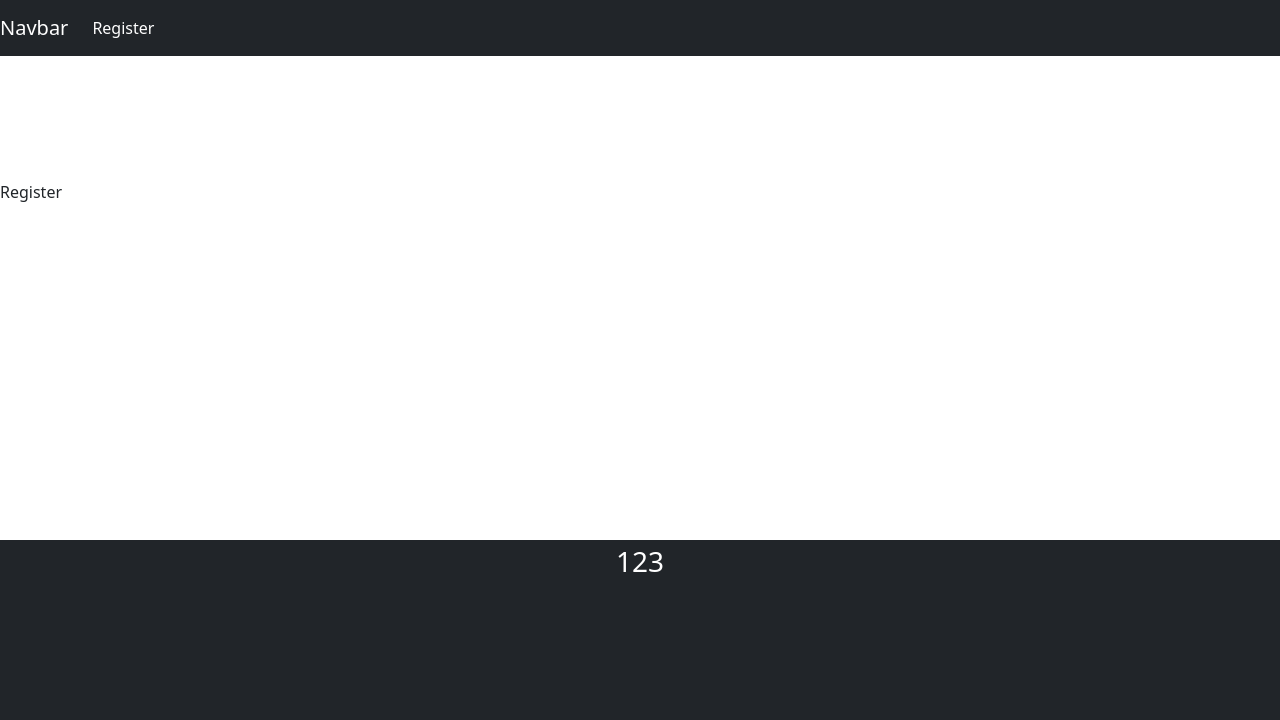
Repository: KhoiNguyen77/react-capstone
Page: /register
The author's editor kept a copy of each file at every save. The page is drawn from the files as they stood at one save, then again after a run of saves.
The browser window is 1280 px wide. The pictures show the whole page.
The project was rebuilt for these pictures with package versions that can differ from the ones it lists, and the page was loaded fresh each time.

Above is the page before, as saved 2023-06-15 11:47:33.

After the next 3 saves:
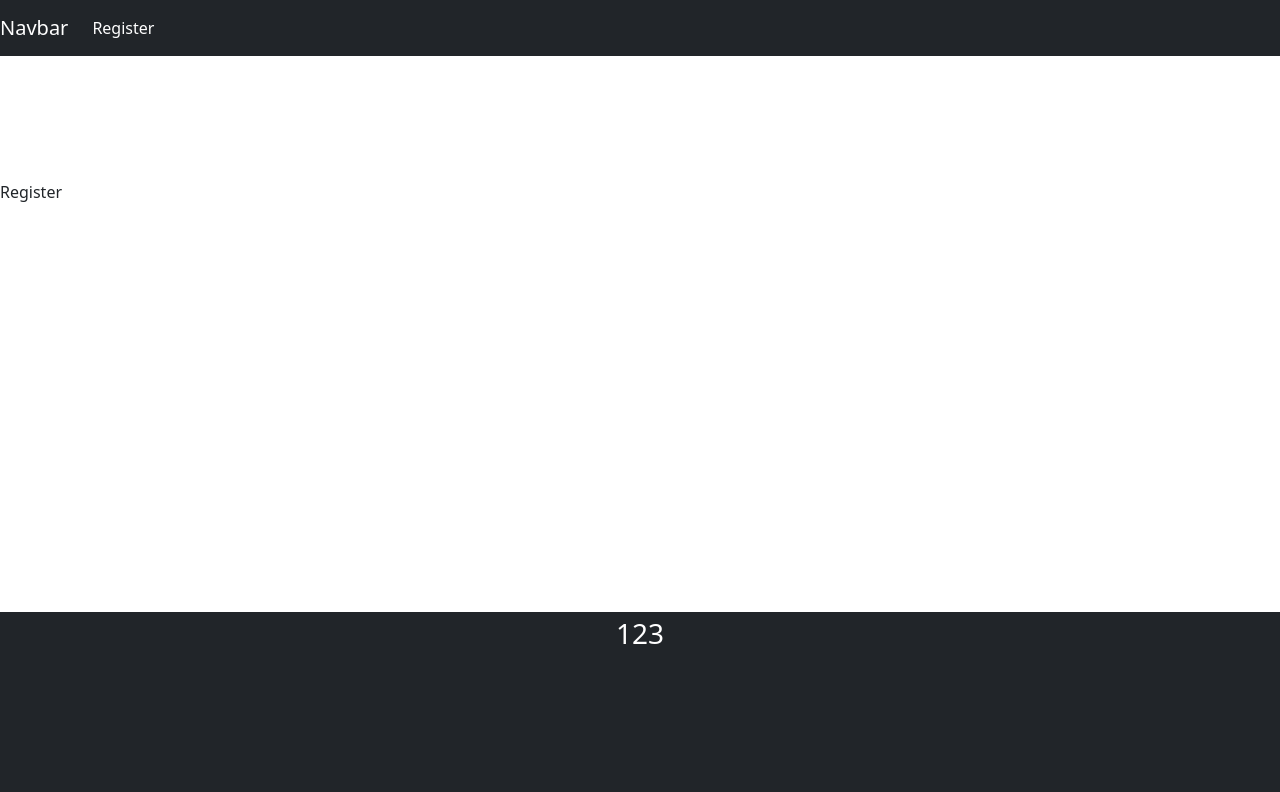
The 3 saves are shown as one change because they came seconds apart.
The last was saved 10 s later.
--- a/src/Template/HomeTemplate.jsx
+++ b/src/Template/HomeTemplate.jsx
@@ -13,7 +13,7 @@
         <div className='header' style={{height: '25vh'}}>
             <Header></Header>
         </div>
-        <div className="content" style={{height: '50vh'}}>
+        <div className="content" style={{height: '60vh'}}>
             <Outlet></Outlet>
         </div>
         <footer className='fs-3 text-center text-white bg-dark' style={{height: '25vh'}}>
